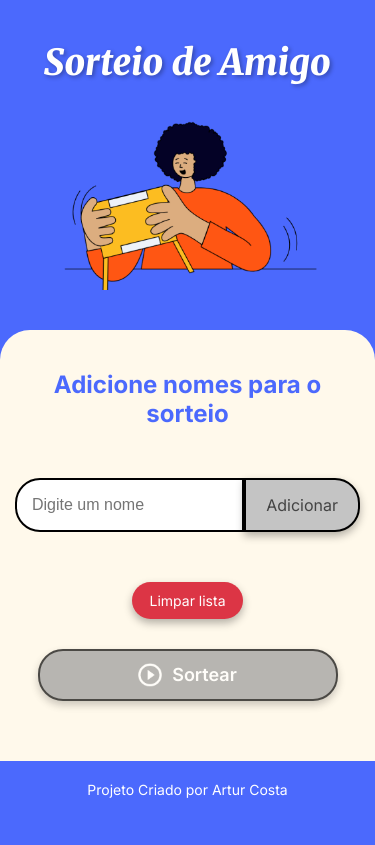
Repository: arturcosta86/challenge-amigo-secreto
Page: index.html
An editor plug-in stored every save of this project. The page is shown before and after the next save, followed by the edit.
The browser window is 375 px wide. The pictures show the whole page.

Above is the page before, as saved 2025-03-18 22:33:52.

After the next save:
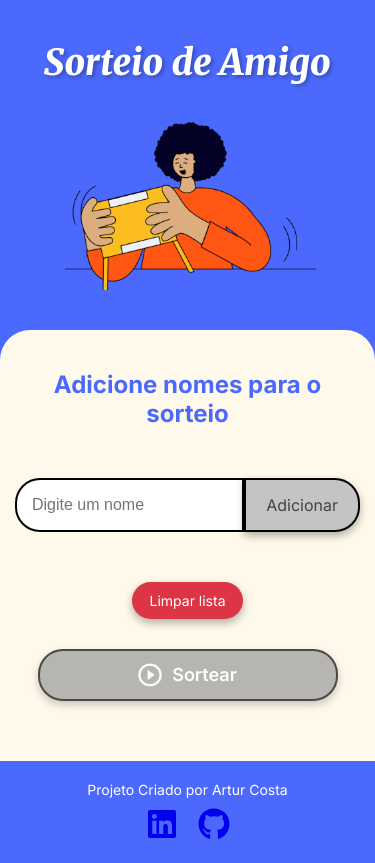
Saved 19 s later.
--- a/style.css
+++ b/style.css
@@ -9,6 +9,8 @@
     --color-success: #28a745;
     --color-error: #dc3545;
     --color-winner: #FFD700;
+    /* Nova cor para os ícones */
+    --color-icon: #4B69FD;
 }
 
 /* Estilos gerais */
@@ -27,15 +29,28 @@ body {
     font-family: "Inter", sans-serif;
 }
 
+/* Wrapper para o rodapé "falso" fixo */
+.wrapper {
+    display: flex;
+    flex-direction: column;
+    min-height: 100vh; /* Ocupa toda a altura da viewport */
+    width: 100%; /* Ocupa toda a largura */
+    max-width: 800px; /* Largura máxima do conteúdo */
+    margin: 20px;
+    border-radius: 64px 64px 30px 30px; /* Ajuste no border-radius */
+    overflow: hidden; /* Esconde conteúdo que ultrapassa */
+}
+
+
 .main-content {
     display: flex;
     flex-direction: column;
-    max-width: 800px;
-    width: 100%;
-    margin: 20px;
+    flex: 1; /* Ocupa o espaço disponível */
+    /* Removido max-width e width daqui */
+    /* Removido margin daqui */
     box-shadow: 0 10px 30px rgba(0, 0, 0, 0.2);
-    border-radius: 64px 64px 0 0;
-    overflow: hidden;
+    /* Removido border-radius daqui */
+    /* Removido overflow daqui */
 }
 
 /* Banner */
@@ -365,51 +380,46 @@ ul {
 
 /* Rodapé */
 .site-footer {
-    background-color: var(--color-primary); /* Mesma cor de fundo do cabeçalho */
+    background-color: var(--color-primary);
     color: var(--color-white);
     padding: 20px 0;
     text-align: center;
     font-size: 14px;
-    border-radius: 0 0 30px 30px; /* Arredondamento para combinar com o design */
+    border-radius: 0 0 30px 30px;
 }
 
 .footer-content {
     display: flex;
-    flex-direction: column; /* Organiza nome e links verticalmente */
-    align-items: center; /* Centraliza horizontalmente */
-    gap: 10px; /* Espaço entre nome e links */
+    flex-direction: column;
+    align-items: center;
+    gap: 10px;
 }
 
 .social-links {
     display: flex;
-    gap: 20px; /* Espaço entre os ícones */
+    gap: 20px;
 }
 
 .social-links a {
-    display: inline-block; /* Permite definir largura/altura para os links */
-    transition: transform 0.2s ease; /* Transição suave */
+    display: inline-block;
+    transition: transform 0.2s ease;
 }
 
 .social-links a:hover {
-    transform: scale(1.1); /* Aumenta ligeiramente o tamanho no hover */
-}
-
-.social-links img {
-    width: 32px; /* Tamanho dos ícones */
+    transform: scale(1.1);
+}
+
+/* Estilos para os ícones SVG */
+.social-icon {
+    width: 32px;
     height: 32px;
-    vertical-align: middle; /* Alinha verticalmente com o texto */
-}
-
-/* Responsividade para o rodapé */
-@media (max-width: 600px) {
-    .site-footer {
-        border-radius: 0; /* Remove o arredondamento em telas menores */
-    }
-}
+    fill: var(--color-icon); /* Usa a variável para a cor */
+}
+
 
 /* Responsividade */
 @media (max-width: 600px) {
-    .main-content {
+    .wrapper {  /* Ajustes no wrapper */
         margin: 0;
         border-radius: 0;
     }
@@ -426,4 +436,7 @@ ul {
     .button-draw img {
         margin-right: 10px;
     }
-}
+     .site-footer {
+        border-radius: 0; /* Remove o arredondamento em telas menores */
+    }
+}
